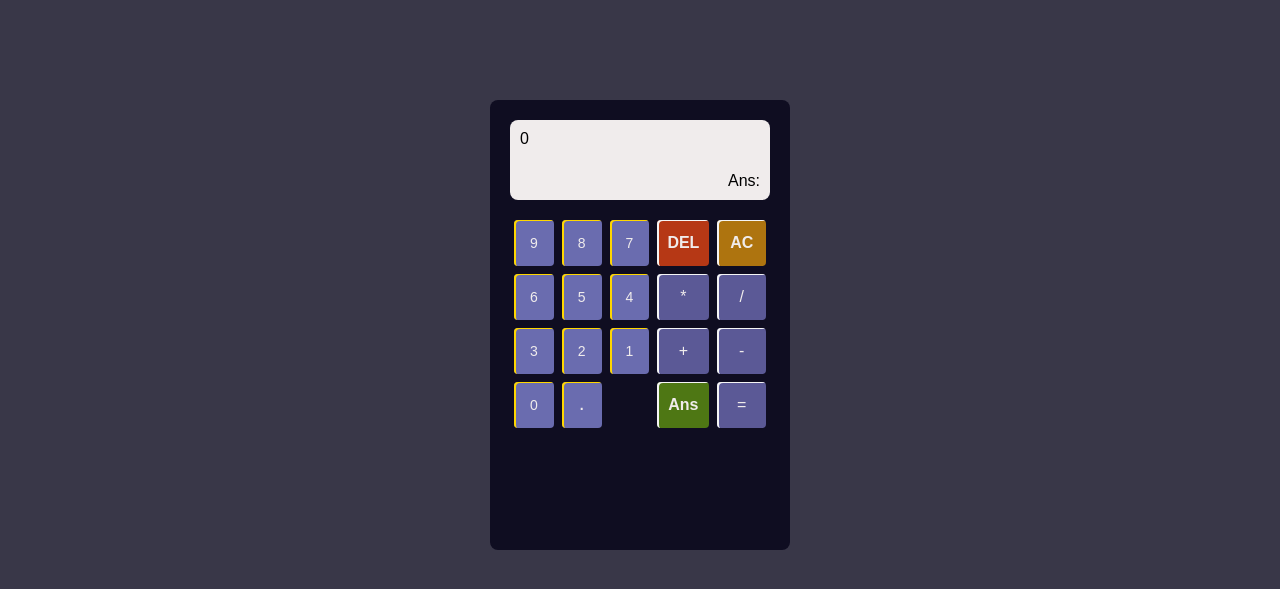
Repository: Bishek666/simple-calculator
Page: /
The author's editor kept a copy of each file at every save. The page is drawn from the files as they stood at one save, then again after the next save.
The browser window is 1280 px wide. The pictures show the whole page.
The project was rebuilt for these pictures with package versions that can differ from the ones it lists, and the page was loaded fresh each time.

Above is the page before, as saved 2021-10-27 08:29:59.

After the next save:
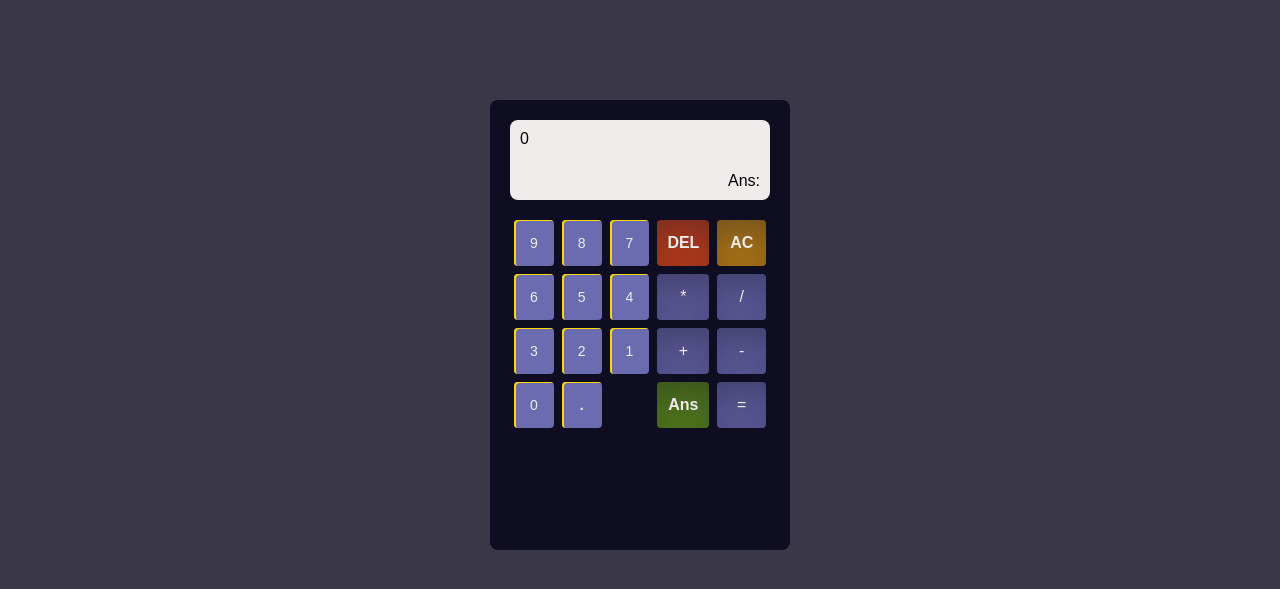
Saved 82 s later.
--- a/src/index.css
+++ b/src/index.css
@@ -30,6 +30,7 @@ button {
     font-weight: 500;
     color: var(--light);
     box-shadow: inset 2px 1px rgb(245, 245, 245);
+    box-shadow: rgba(50, 50, 93, 0.25) 0px 30px 60px -12px inset, rgba(0, 0, 0, 0.3) 0px 18px 36px -18px inset;
 }
 
 .container-calculator {
